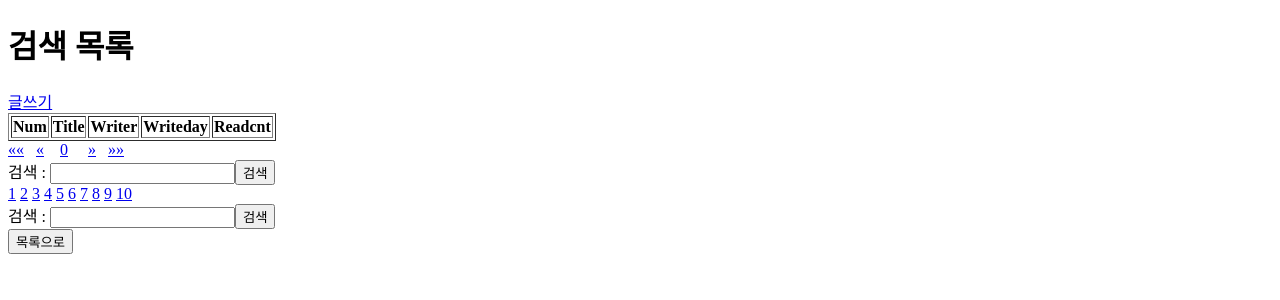
Repository: sanghshlsh/workspace_jsp
Page: http://localhost/Board3/search.jsp
An editor plug-in stored every save of this project. The page is shown before and after the next save, followed by the edit.
The browser window is 1280 px wide. The pictures show the whole page.
The page is served by Tomcat 9. Other server files are loaded and not shown. The template is opened directly, without the code that normally fills it, so the values that code supplies are empty.

Above is the page before, as saved 2020-06-09 03:45:00.

### Board3/WebContent/search.jsp
<%@ page language="java" contentType="text/html; charset=UTF-8"
    pageEncoding="UTF-8"%>
<%@ taglib uri="http://java.sun.com/jsp/jstl/core" prefix="c"%>
<%@ taglib uri="http://java.sun.com/jsp/jstl/fmt" prefix="fmt" %>
<%@ taglib uri="http://java.sun.com/jsp/jstl/functions" prefix="fn" %>

<!DOCTYPE html>
<html>
<head>
<meta charset="UTF-8">
<title>Insert title here</title>
</head>
<body>
<h1>${param.title }검색 목록</h1>
<a href="writeui.do">글쓰기</a>


<table border="1">
<thead>
<tr>
<th>Num</th>
<th>Title</th>
<th>Writer</th>
<th>Writeday</th>
<th>Readcnt</th>

</tr>
</thead>
<tbody>

<c:forEach items="${list }" var="dto">

<tr>
<td>${dto.num}</td>

<td><a href="read.do?num=${dto.num }">${dto.title}</a></td>
<td>${dto.writer}</td>
<td>${dto.writeday}</td>
<td>${dto.readcnt}</td>

</tr>

</c:forEach>



</tbody>
</table>
<a href="search.do?title=${dto.title }&curPage=${to.beginPageNum>10?to.beginPageNum-10:to.beginPageNum }">&laquo;&laquo;</a>
&nbsp;
<a href="search.do?title=${dto.title }&curPage=${to.curPage>1?to.curPage-1:to.curPage}">&laquo;</a>
&nbsp;&nbsp;

<c:forEach begin="${to.beginPageNum }" end="${to.stopPageNum }" var="idx">

<c:if test="${to.curPage == idx }">
<a style="font-size: 20px" href="search.do?title=${dto.title }&curPage=${idx }">${idx }</a> &nbsp; &nbsp;
</c:if>

<c:if test="${to.curPage != idx }">
<a href="search.do?title=${dto.title }&curPage=${idx }">${idx }</a> &nbsp; &nbsp;
</c:if>

</c:forEach>

<a href="search.do?title=${dto.title }&curPage=${to.curPage<to.totalPage?to.curPage+1:to.curPage}">&raquo;</a>
&nbsp;
<a href="search.do?title=${dto.title }&curPage=${to.stopPageNum<to.totalPage?to.stopPageNum+1:to.stopPageNum}">&raquo;&raquo;</a>
<form action="search.do?title=">
검색 : <input name="title"><input type="submit" value="검색">
</form>




<c:forEach begin="1" end="10" var="idx">
<a href="#">${idx }</a>

</c:forEach>

<form action="search.do?title=">
검색 : <input name="title"><input type="submit" value="검색">
</form>
<form action="list.do" method="get">
<input type="submit" value="목록으로">
</form>



</body>
</html>

After the next save:
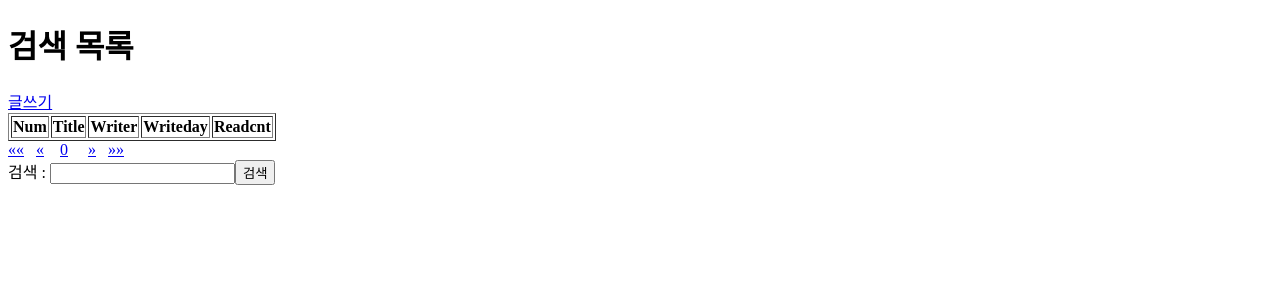
Saved 89 s later.
--- a/Board3/WebContent/search.jsp
+++ b/Board3/WebContent/search.jsp
@@ -72,7 +72,7 @@
 
 
 
-
+<%--
 <c:forEach begin="1" end="10" var="idx">
 <a href="#">${idx }</a>
 
@@ -84,7 +84,7 @@
 <form action="list.do" method="get">
 <input type="submit" value="목록으로">
 </form>
-
+ --%>
 
 
 </body>
